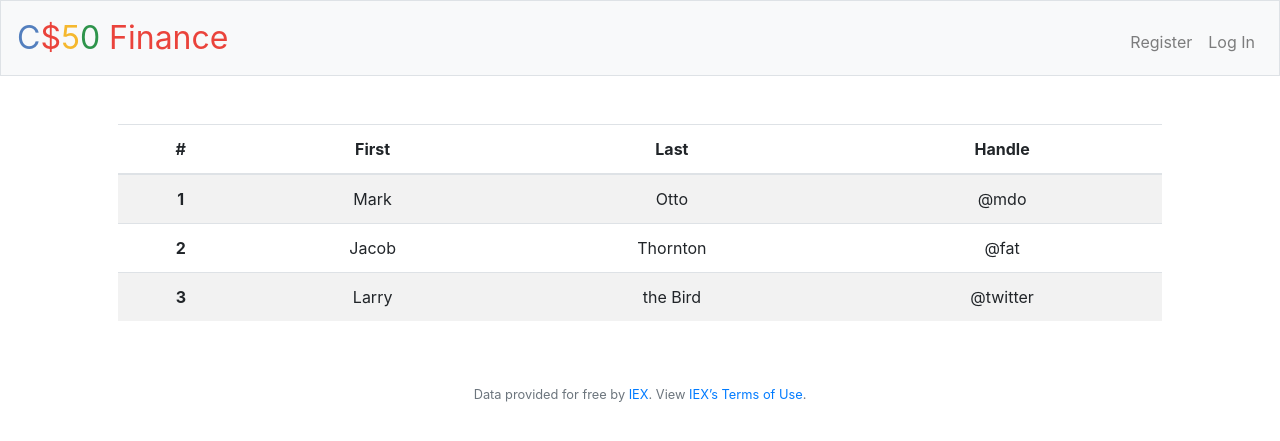
Repository: tavrora/cs50_ide
Page: pset8/finance/templates/apology.html
The author's editor kept a record of every edit. The page is drawn from the files as they stood at one moment, then again after the next edit.
The browser window is 1280 px wide. The pictures show the whole page.
The template is drawn by Flask 3. The application's start-up code is not run. Other server files are loaded and not shown. The template is opened directly, without the code that normally fills it, so the values that code supplies are empty.

Above is the page before.

### pset8/finance/templates/apology.html
{% extends "layout.html" %}

{% block title %}
    Apology
{% endblock %}

{% block main %}
    <!--<img alt="{{ top }}" class="border" src="http://memegen.link/custom/{{ top | urlencode }}/{{ bottom | urlencode }}.jpg?alt=https://i.imgur.com/CsCgN7Ll.png" title="{{ top }}">-->

    <table class="table table-striped">
        <thead>
            <tr>
                <th scope="col">#</th>
                <th scope="col">First</th>
                <th scope="col">Last</th>
                <th scope="col">Handle</th>
            </tr>
        </thead>
        <tbody>
            <tr>
                <th scope="row">1</th>
                <td>Mark</td>
                <td>Otto</td>
                <td>@mdo</td>
            </tr>
            <tr>
                <th scope="row">2</th>
                <td>Jacob</td>
                <td>Thornton</td>
                <td>@fat</td>
            </tr>
            <tr>
                <th scope="row">3</th>
                <td>Larry</td>
                <td>the Bird</td>
                <td>@twitter</td>
            </tr>
        </tbody>
    </table>

{% endblock %}

### pset8/finance/templates/layout.html
<!DOCTYPE html>

<html lang="en">

    <head>

        <!-- Required meta tags -->
        <meta charset="utf-8">
        <meta name="viewport" content="width=device-width, initial-scale=1, shrink-to-fit=no">

        <!-- documentation at http://getbootstrap.com/docs/4.1/, alternative themes at https://bootswatch.com/ -->
        <link href="https://maxcdn.bootstrapcdn.com/bootstrap/4.1.3/css/bootstrap.min.css" rel="stylesheet">

        <!-- https://favicon.io/emoji-favicons/money-mouth-face/ -->
        <link href="/static/favicon.ico" rel="icon">

        <link href="/static/styles.css" rel="stylesheet">

        <script src="https://code.jquery.com/jquery-3.3.1.min.js"></script>
        <script src="https://cdnjs.cloudflare.com/ajax/libs/popper.js/1.14.3/umd/popper.min.js"></script>
        <script src="https://maxcdn.bootstrapcdn.com/bootstrap/4.1.3/js/bootstrap.min.js"></script>

        <title>C$50 Finance: {% block title %}{% endblock %}</title>

    </head>

    <body>

        <nav class="navbar navbar-expand-md navbar-light bg-light border">
            <a class="navbar-brand" href="/"><span class="blue">C</span><span class="red">$</span><span class="yellow">5</span><span class="green">0</span> <span class="red">Finance</span></a>
            <button aria-controls="navbar" aria-expanded="false" aria-label="Toggle navigation" class="navbar-toggler" data-target="#navbar" data-toggle="collapse" type="button">
                <span class="navbar-toggler-icon"></span>
            </button>
            <div class="collapse navbar-collapse" id="navbar">
                {% if session.user_id %}
                    <ul class="navbar-nav mr-auto mt-2">
                        <li class="nav-item"><a class="nav-link" href="/quote">Quote</a></li>
                        <li class="nav-item"><a class="nav-link" href="/buy">Buy</a></li>
                        <li class="nav-item"><a class="nav-link" href="/sell">Sell</a></li>
                        <li class="nav-item"><a class="nav-link" href="/history">History</a></li>
                    </ul>
                    <ul class="navbar-nav ml-auto mt-2">
                        <li class="nav-item"><a class="nav-link" href="/cash">Add cash</a></li>
                        <li class="nav-item"><a class="nav-link" href="/logout">Log Out</a></li>
                    </ul>
                {% else %}
                    <ul class="navbar-nav ml-auto mt-2">
                        <li class="nav-item"><a class="nav-link" href="/register">Register</a></li>
                        <li class="nav-item"><a class="nav-link" href="/login">Log In</a></li>
                    </ul>
                {% endif %}
            </div>
        </nav>

        {% if get_flashed_messages() %}
            <header>
                <div class="alert alert-primary border text-center" role="alert">
                    {{ get_flashed_messages() | join(" ") }}
                </div>
            </header>
        {% endif %}

        <main class="container p-5">
            {% block main %}{% endblock %}
        </main>

        <footer class="small text-center text-muted">
            Data provided for free by <a href="https://iextrading.com/developer">IEX</a>. View <a href="https://iextrading.com/api-exhibit-a/">IEX’s Terms of Use</a>.
        </footer>

    </body>

</html>

Loaded but not shown: pset8/finance/static/styles.css (common file)

After the next edit:
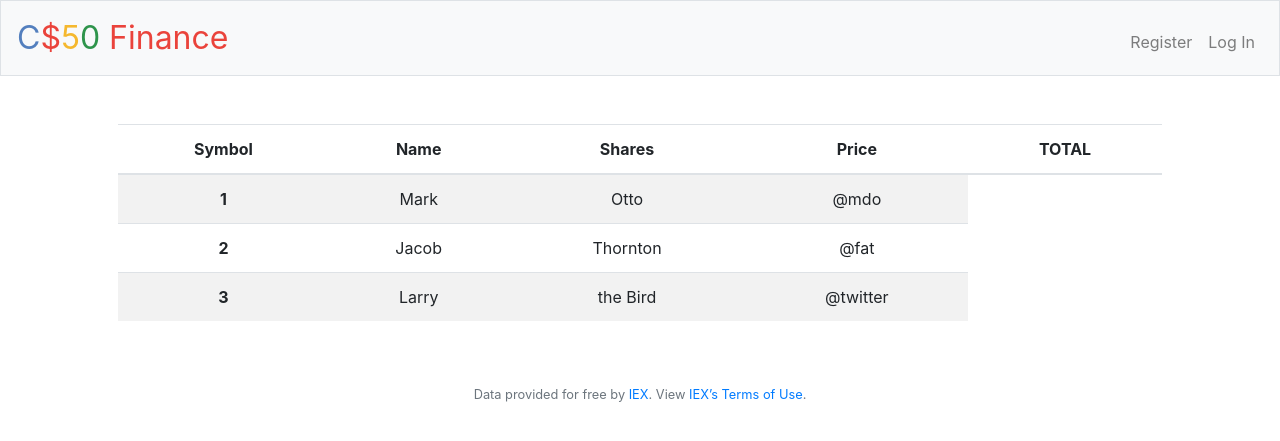
The edit:
--- a/pset8/finance/templates/apology.html
+++ b/pset8/finance/templates/apology.html
@@ -10,10 +10,11 @@
     <table class="table table-striped">
         <thead>
             <tr>
-                <th scope="col">#</th>
-                <th scope="col">First</th>
-                <th scope="col">Last</th>
-                <th scope="col">Handle</th>
+                <th scope="col">Symbol</th>
+                <th scope="col">Name</th>
+                <th scope="col">Shares</th>
+                <th scope="col">Price</th>
+                <th scope="col">TOTAL</th>
             </tr>
         </thead>
         <tbody>
